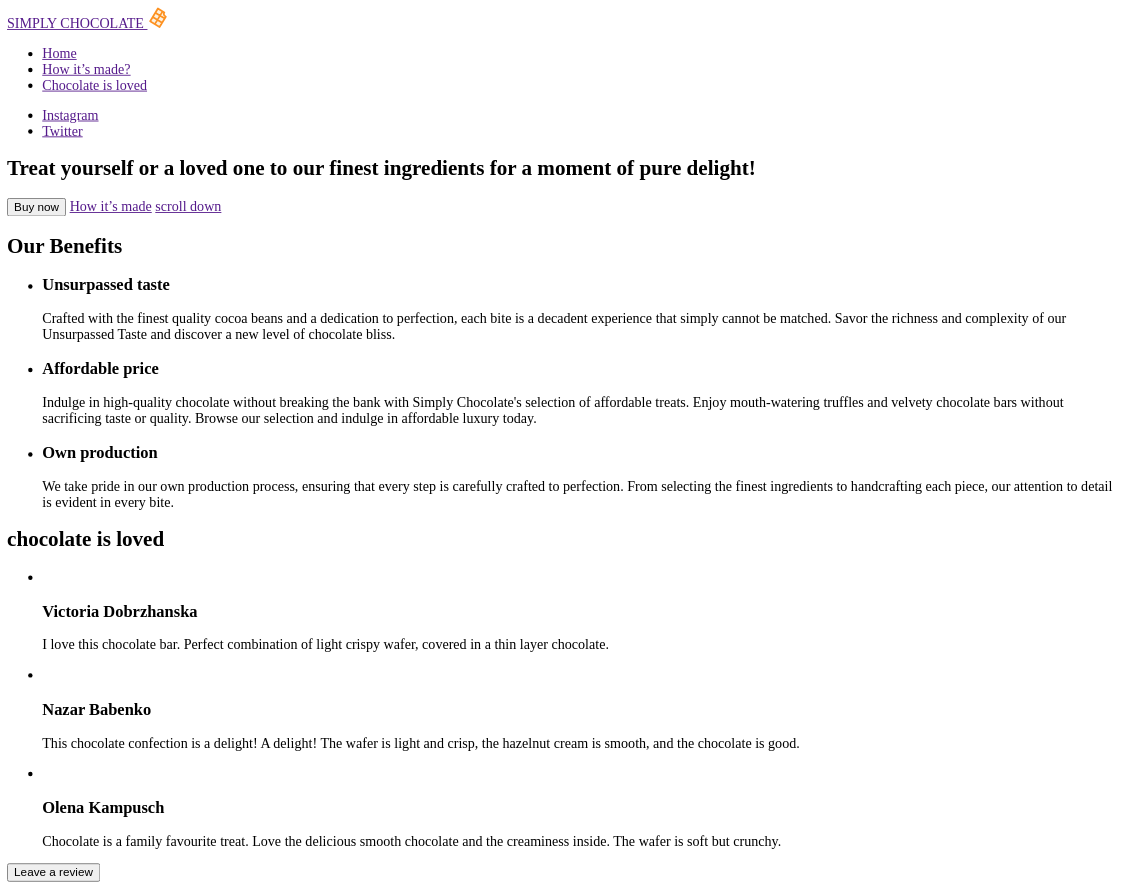
Repository: Sofiia-Khomyk/goit-markup-class-01
Page: index.html
An editor plug-in stored every save of this project. The page is shown before and after the next save, followed by the edit.
The browser window is 1280 px wide. The pictures show the whole page, at 88% of full size.

Above is the page before, as saved 2024-11-11 14:09:27.

After the next save:
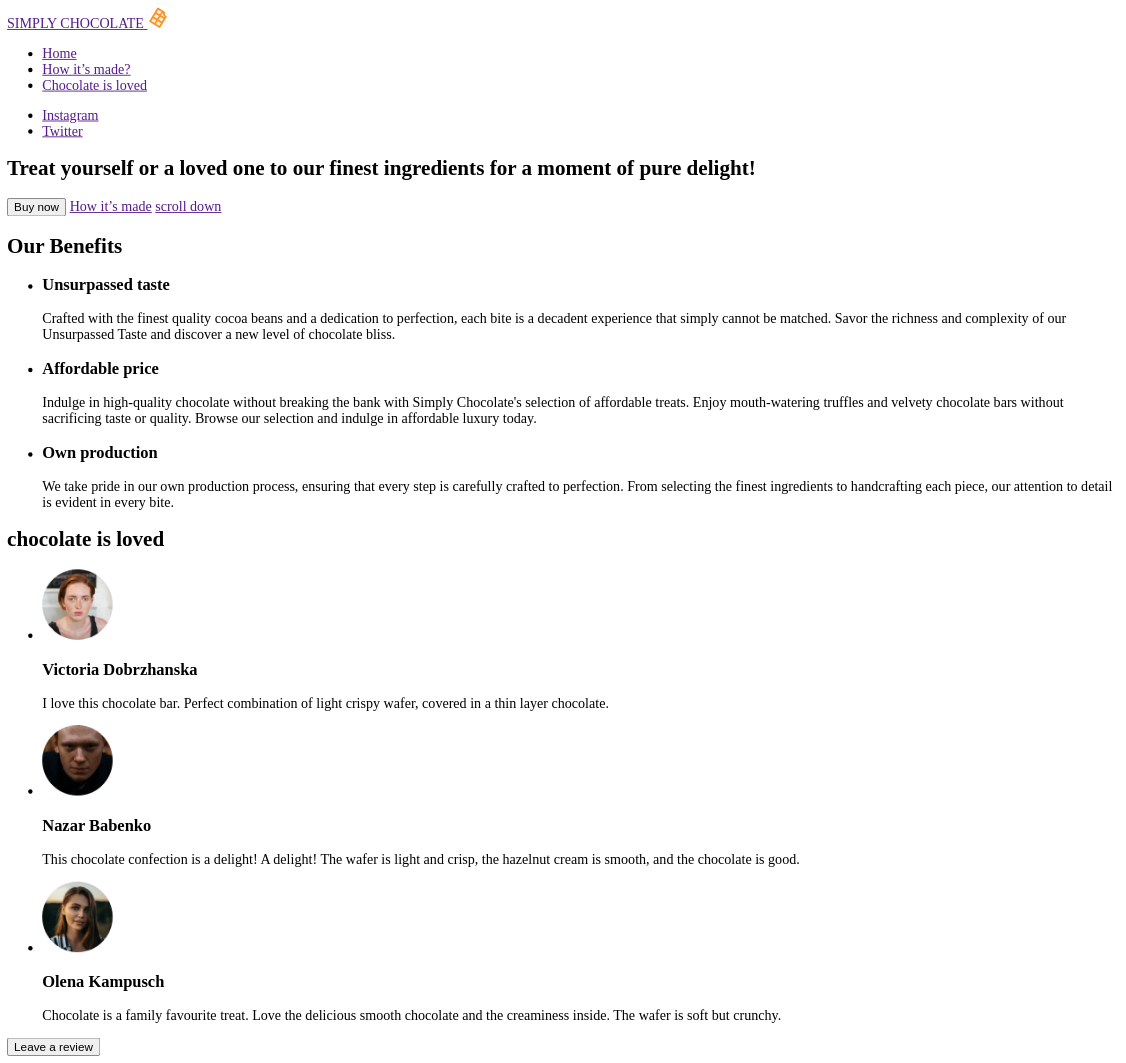
Saved 30 min 37 s later.
--- a/index.html
+++ b/index.html
@@ -87,7 +87,10 @@
         <h2>chocolate is loved</h2>
         <ul>
           <li>
-            <img src="" alt="" />
+            <img
+              src="./images/reviews/vic-dob.png"
+              alt="Victoria Dobrorzanska avatar"
+            />
             <h3>Victoria Dobrzhanska</h3>
             <p>
               I love this chocolate bar. Perfect combination of light crispy
@@ -95,7 +98,10 @@
             </p>
           </li>
           <li>
-            <img src="" alt="" />
+            <img
+              src="./images/reviews/naz-bab.png"
+              alt="Nazar Babenko avatar"
+            />
             <h3>Nazar Babenko</h3>
             <p>
               This chocolate confection is a delight! A delight! The wafer is
@@ -104,7 +110,10 @@
             </p>
           </li>
           <li>
-            <img src="" alt="" />
+            <img
+              src="./images/reviews/olen-kam.png"
+              alt="Olena Kampusch avatar"
+            />
             <h3>Olena Kampusch</h3>
             <p>
               Chocolate is a family favourite treat. Love the delicious smooth
